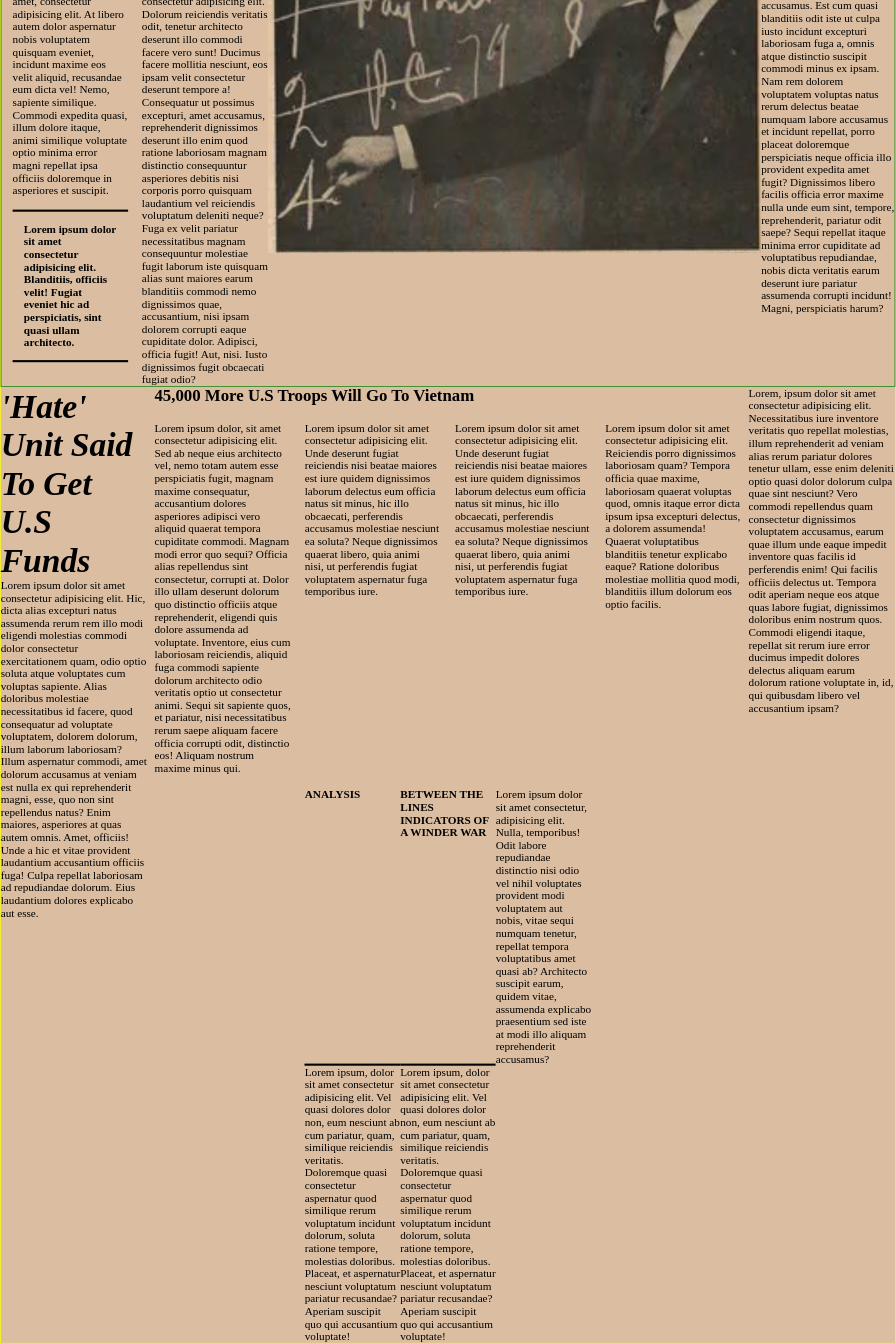
Repository: Arkitecth/newspaper-grid
Page: index.html
These files come from the project's save history. The page is drawn as it stood at one moment and after the next save; the edit follows.
The browser window is 1280 px wide. The pictures show the part of the page from y = 688 to 2608 px (the page is 2608 px tall before and 2320 px after), at 70% of full size.

Above is the page before, as saved 2023-05-29 21:04:30.

After the next save:
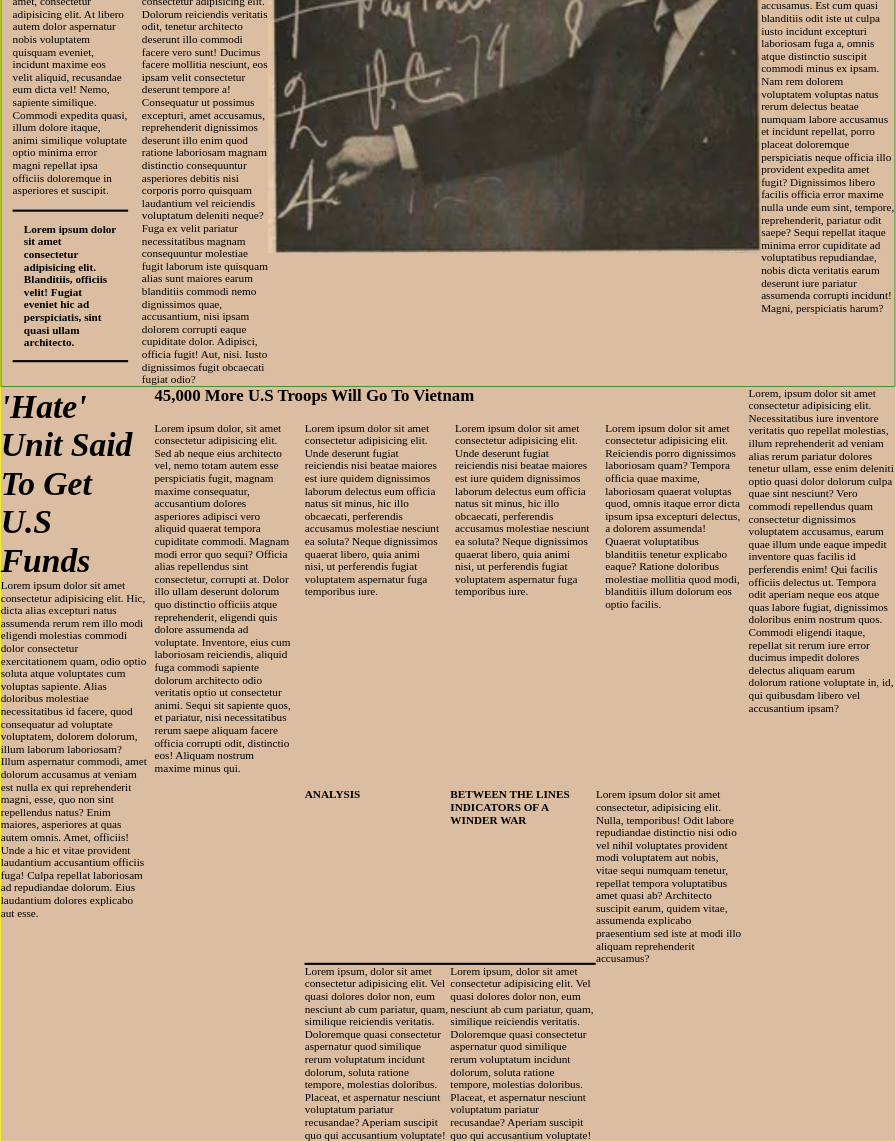
Saved 12 s later.
--- a/styles.css
+++ b/styles.css
@@ -128,7 +128,7 @@
 .bottom-grid {
     display: grid;
     grid-template-columns: 1fr 1fr 1fr;
-    grid-column: 2/4;
+    grid-column: 2/5;
 }
 
 .bottom-grid h4 {
